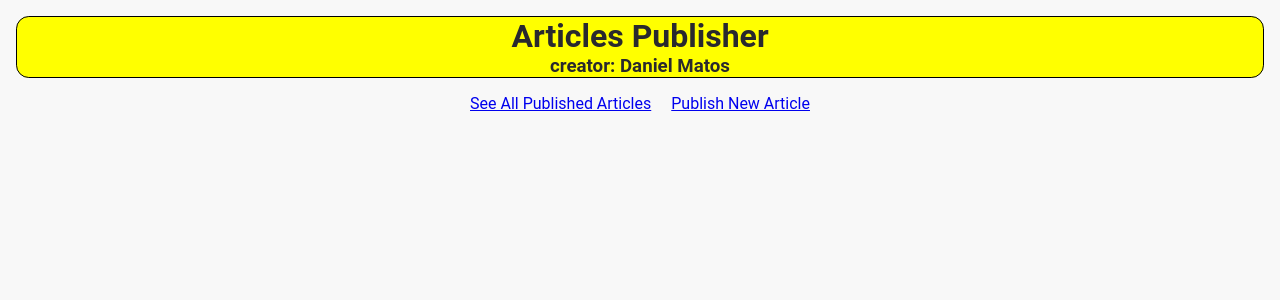
Repository: batmit/publish_articles
Page: /
These files come from the project's save history. The page is drawn as it stood at one moment and after a run of saves; the edit follows.
The browser window is 1280 px wide. The pictures show the whole page.
The project was rebuilt for these pictures with package versions that can differ from the ones it lists, and the page was loaded fresh each time. Also part of the build but not shown: src/pages/articles.tsx, src/styles/Home.scss, src/pages/publish_articles.tsx.

Above is the page before, as saved 2021-06-28 22:11:20.

After the next 3 saves:
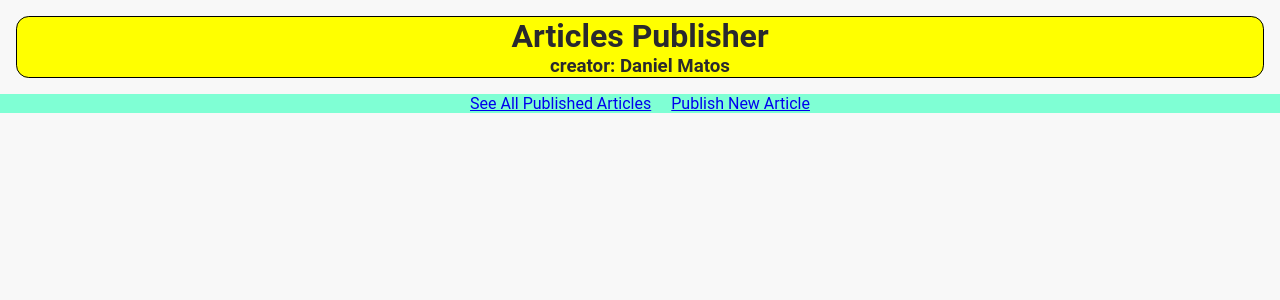
The 3 saves are shown as one change because 2 did not build or start.
The last was saved 21 s later.
--- a/src/styles/global.scss
+++ b/src/styles/global.scss
@@ -28,5 +28,5 @@ main {
     justify-content: center;
     display: flex;
     gap: 10px;
-
+    background: aquamarine;
 }
